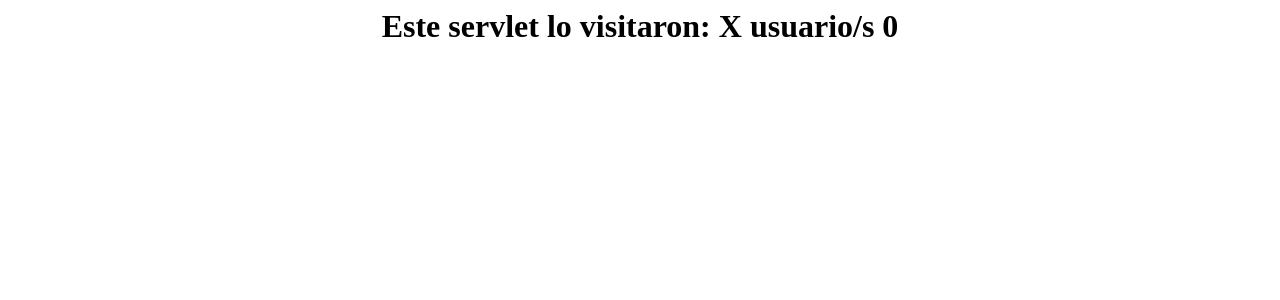
Repository: felipeverdugo/Java-y-Aplicaciones-Avanzadas-sobre-Internet
Page: http://localhost/Practica1Web40/ContadorVisitas
An editor plug-in stored every save of this project. The page is shown before and after the next save, followed by the edit.
The browser window is 1280 px wide. The pictures show the whole page.
The page is served by Tomcat 10.

Above is the page before, as saved 2024-03-20 11:47:53.

After the next save:
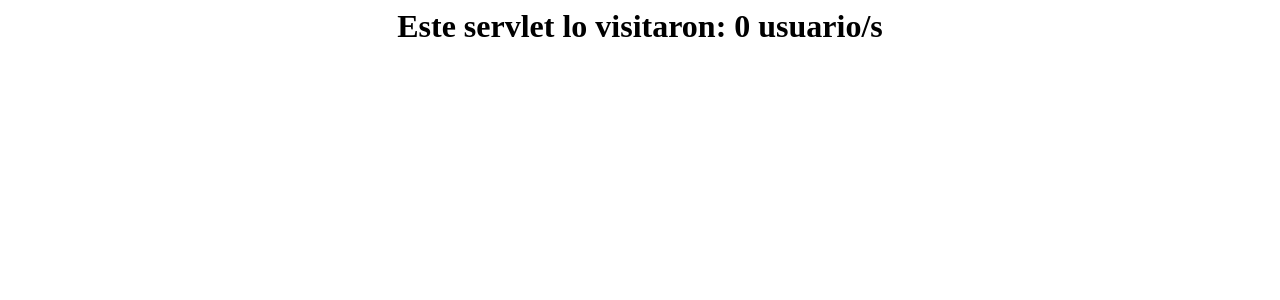
Saved 48 s later.
--- a/work/Practica1Web40/src/main/java/misServlets/ContadorVisitas.java
+++ b/work/Practica1Web40/src/main/java/misServlets/ContadorVisitas.java
@@ -45,7 +45,7 @@ public class ContadorVisitas extends HttpServlet {
 		out.println("<TITLE> Hola Mundo </TITLE>");
 		out.println("</HEAD>");
 		out.println("<BODY>");
-		out.println("<CENTER> <H1> Este servlet lo visitaron: X usuario/s "+ valor + " </H1> </CENTER>");
+		out.println("<CENTER> <H1> Este servlet lo visitaron: "+ valor +" usuario/s  </H1> </CENTER>");
 		out.println("</BODY>");
 		out.println("</HTML>");
 
